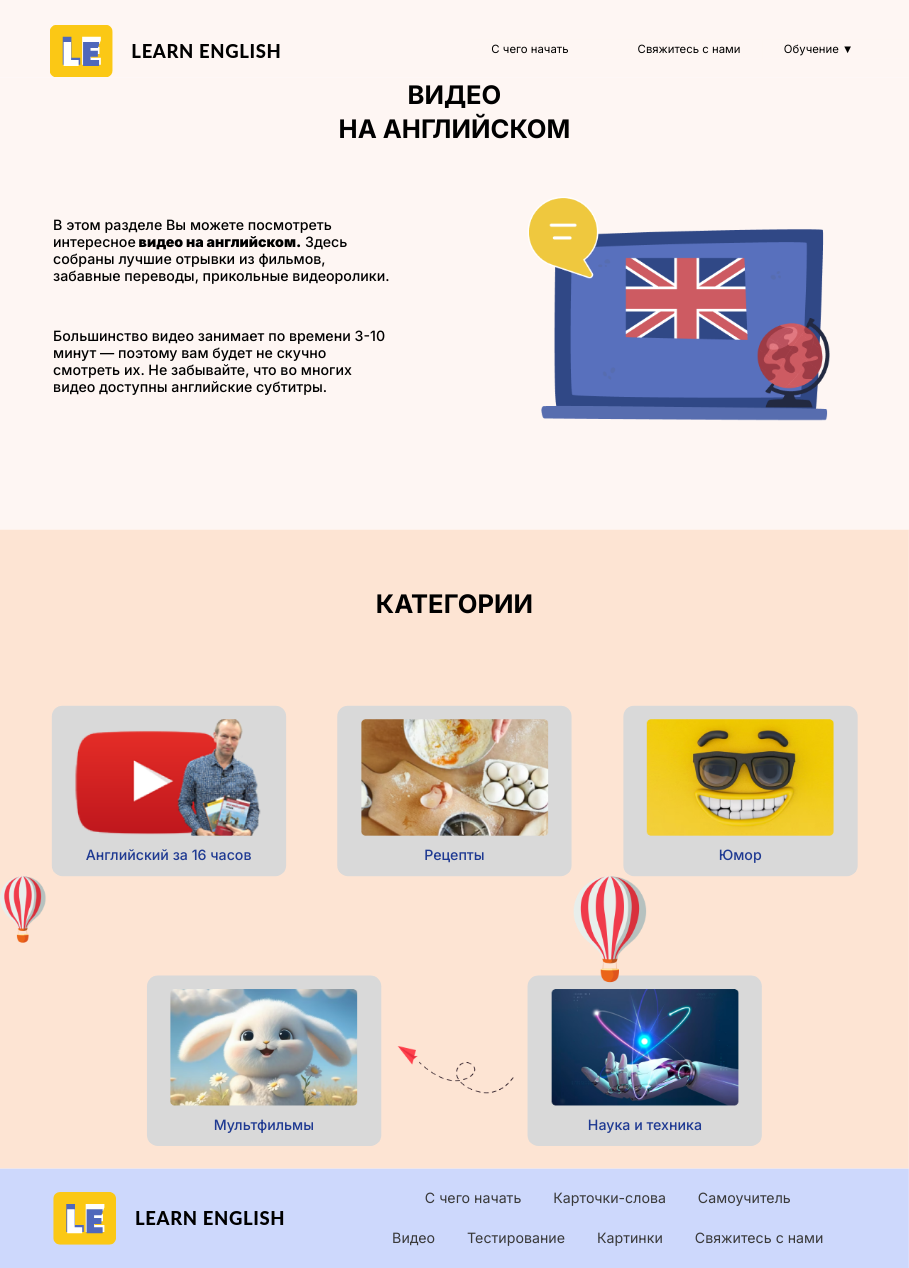
Repository: WladimirVA/Diplom
Page: scool/video.html
These files come from the project's save history. The page is drawn as it stood at one moment and after the next save; the edit follows.
The browser window is 1280 px wide. The pictures show the whole page, at 71% of full size.

Above is the page before, as saved 2023-07-20 16:09:38.

After the next save:
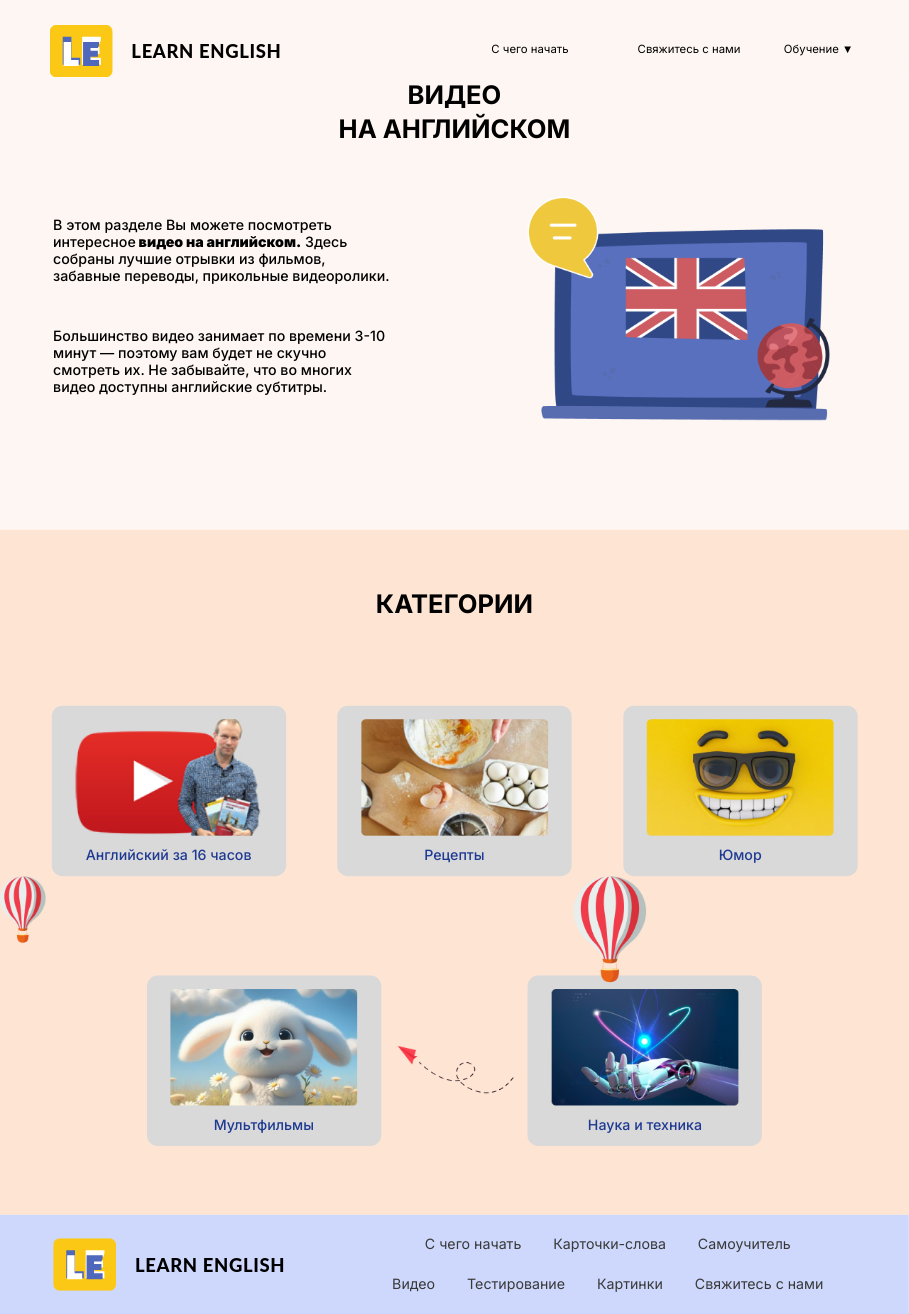
Saved 33 s later.
--- a/scool/css/video.css
+++ b/scool/css/video.css
@@ -37,7 +37,7 @@ h1 {
 
 .CATEGORIES {
     background: rgba(253, 228, 211, 1);
-    height: 900px;
+    height: 965px;
 }
 
 .content-categories {
